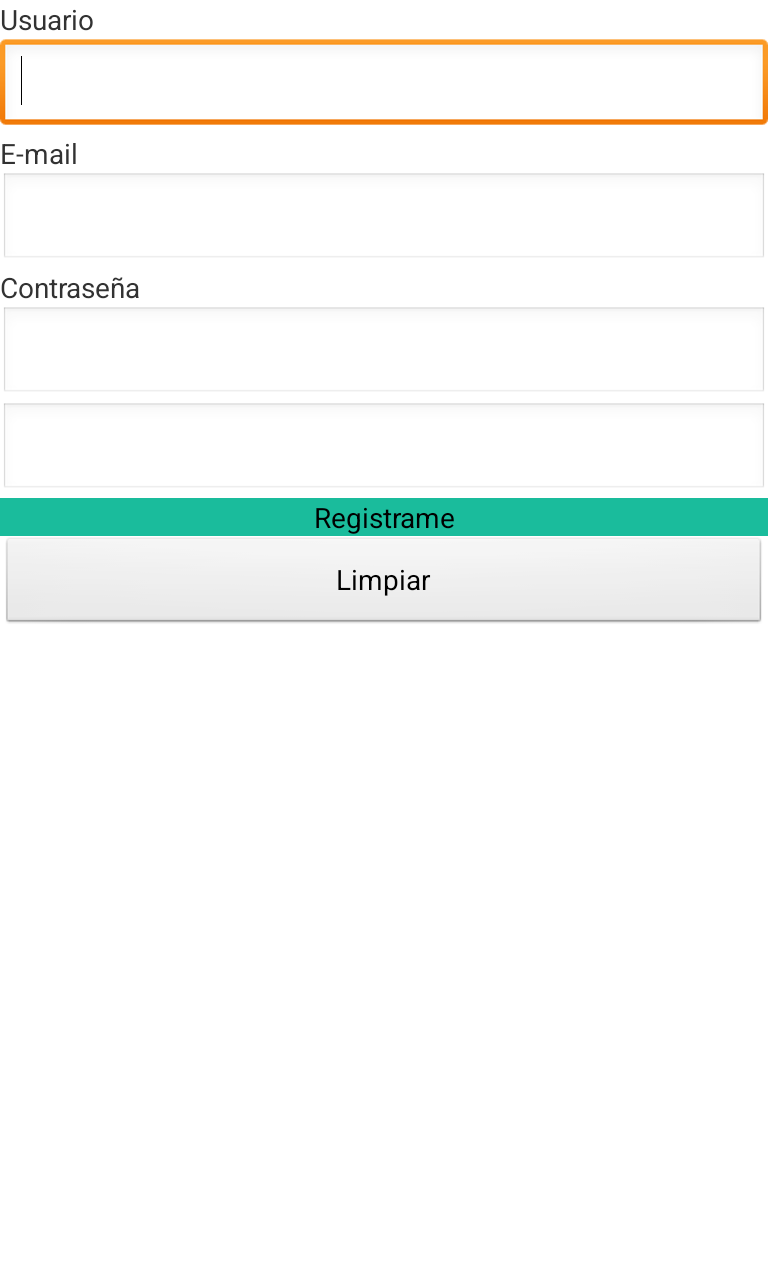
Repository: doapps/Android_Basico
Layout: Sesion01/res/layout/register_layout.xml
An editor plug-in stored every save of this project. The layout is shown before and after the next save, followed by the edit.
It is drawn on a 768 x 1280 px phone screen (xhdpi) without system bars, with theme android:Theme.Light; the app's code is not run.

Above is the layout before, as saved 2014-03-08 17:31:00.

After the next save:
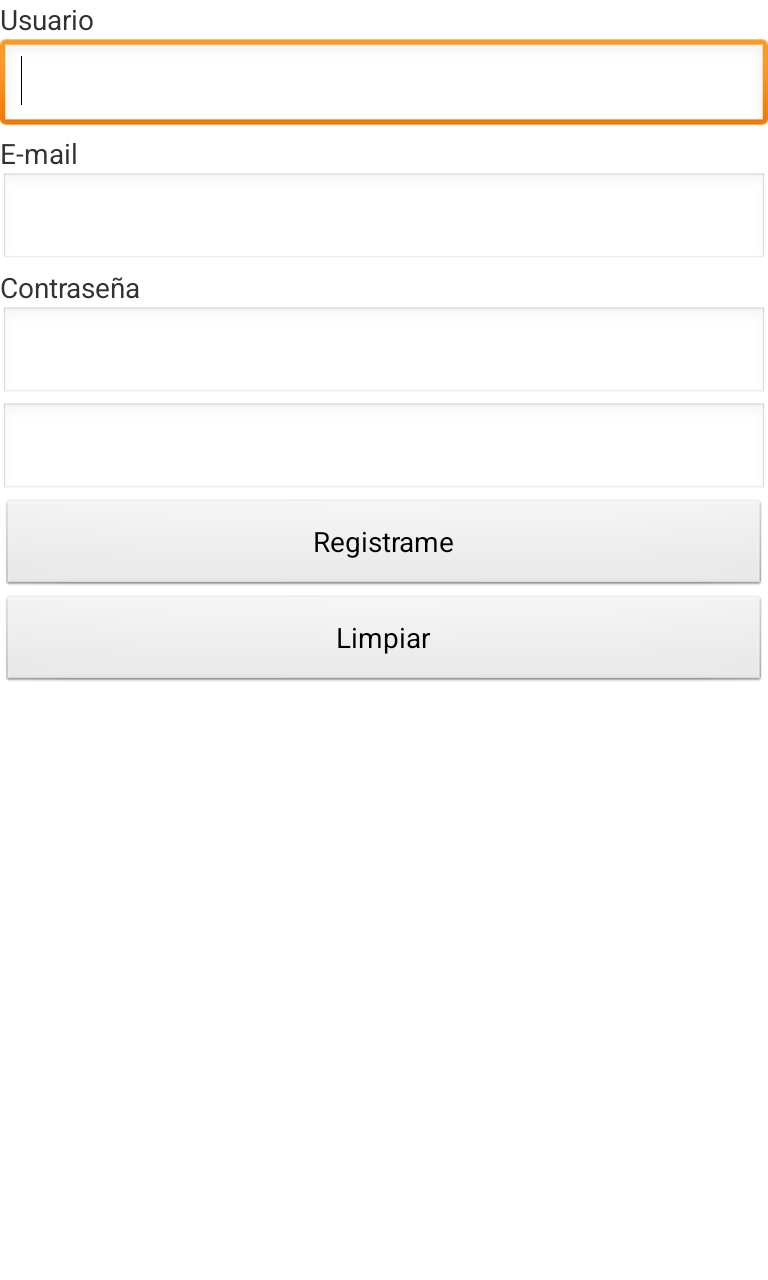
Saved 60 s later.
--- a/Sesion01/res/layout/register_layout.xml
+++ b/Sesion01/res/layout/register_layout.xml
@@ -55,8 +55,7 @@
         android:id="@+id/button1"
         android:layout_width="match_parent"
         android:layout_height="wrap_content"
-        android:text="Registrame"
-        android:background="@color/turqoise"/>
+        android:text="Registrame" />
 
     <Button
         android:id="@+id/button2"
